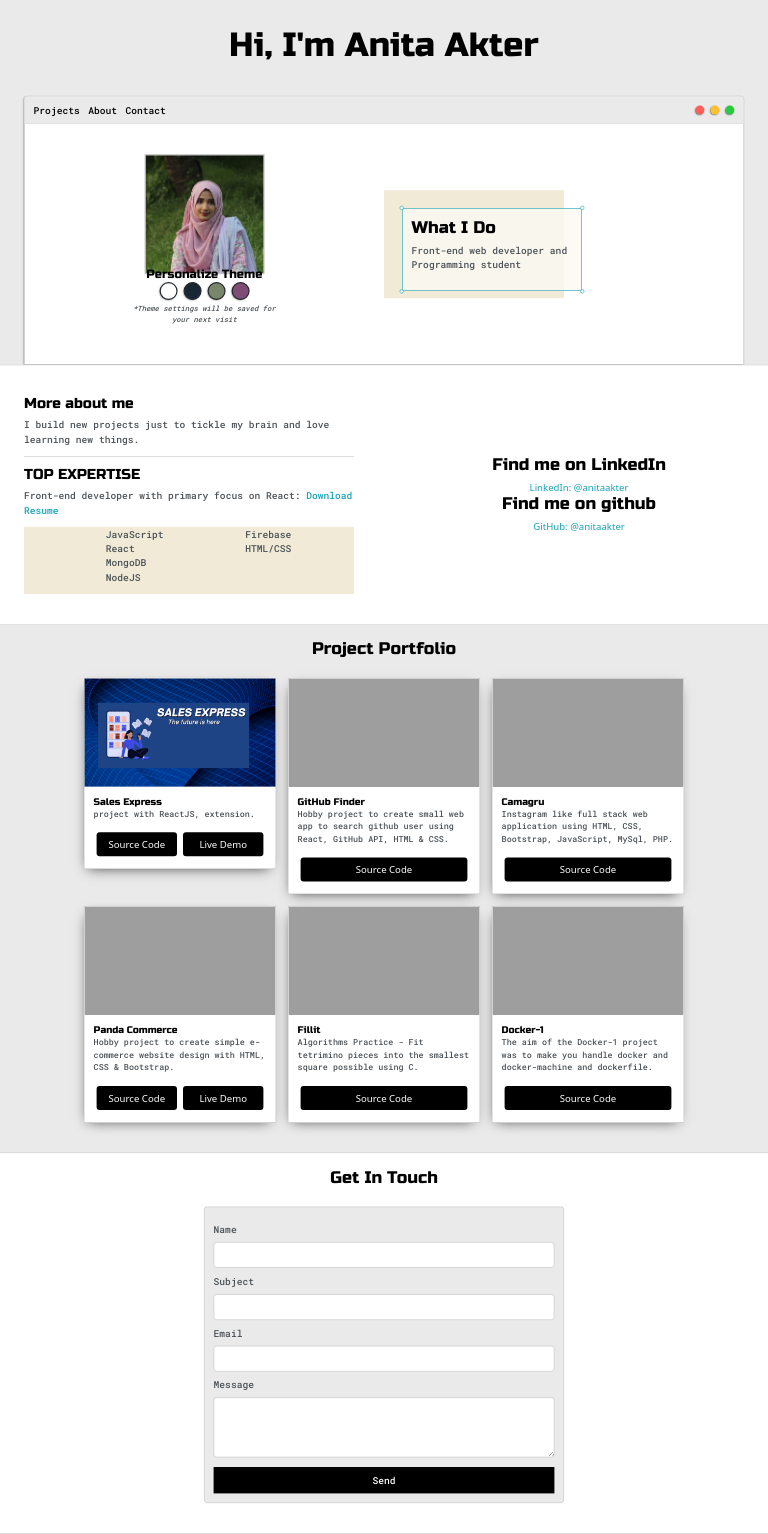
Repository: AnitaAkter/My_portfolio
Page: index.html
These files come from the project's save history. The page is drawn as it stood at one moment and after the next save; the edit follows.
The browser window is 1280 px wide. The pictures show the whole page, at 60% of full size.
Pictures or frames that could not be fetched are drawn as grey boxes.

Above is the page before, as saved 2022-12-10 14:20:25.

### index.html
<!DOCTYPE html>
<html>

<head>
	<title>Anita Akter</title>

	<meta name="viewport" content="width=device-width, initial-scale=1, maximum-scale=1, minimum-scale=1" />

	<link href="https://fonts.googleapis.com/css2?family=Russo+One&display=swap" rel="stylesheet">

	<link href="https://fonts.googleapis.com/css2?family=Roboto+Mono:wght@500&family=Russo+One&display=swap"
		rel="stylesheet">

	<link href="https://cdn.jsdelivr.net/npm/bootstrap@5.0.0-beta1/dist/css/bootstrap.min.css" rel="stylesheet"
		integrity="sha384-giJF6kkoqNQ00vy+HMDP7azOuL0xtbfIcaT9wjKHr8RbDVddVHyTfAAsrekwKmP1" crossorigin="anonymous">

	<link rel="stylesheet" type="text/css" href="default.css">

	<link id="theme-style" rel="stylesheet" type="text/css" href="">
</head>

<body>

	<!-- Landing section -->

	<section class="s1">
		<div class="main-container">
			<div class="greeting-wrapper">
				<h1>Hi, I'm Anita Akter</h1>
			</div>

			<div class="intro-wrapper">
				<div class="nav-wrapper">

					<!-- Link around dots-wrapper added after tutorial video -->
					<ul id="navigation">
						<li><a href="index.html#portfolio">Projects</a></li>
						<li><a href="index.html#aboutme">About</a></li>
						<li><a href="index.html#contact">Contact</a></li>
					</ul>
					<a href="index.html">
						<div class="dots-wrapper">
							<div id="dot-1" class="browser-dot"></div>
							<div id="dot-2" class="browser-dot"></div>
							<div id="dot-3" class="browser-dot"></div>
						</div>
					</a>


				</div>

				<div class="left-column">
					<img id="profile_pic" src="images/img-1.jpg">
					<h5 style="text-align: center;line-height: 0;">Personalize Theme</h5>

					<div id="theme-options-wrapper">
						<div data-mode="light" id="light-mode" class="theme-dot"></div>
						<div data-mode="blue" id="blue-mode" class="theme-dot"></div>
						<div data-mode="green" id="green-mode" class="theme-dot"></div>
						<div data-mode="purple" id="purple-mode" class="theme-dot"></div>
					</div>

					<p id="settings-note">*Theme settings will be saved for<br>your next visit</p>
				</div>

				<div class="right-column">

					<div id="preview-shadow">
						<div id="preview">
							<div id="corner-tl" class="corner"></div>
							<div id="corner-tr" class="corner"></div>
							<h3>What I Do</h3>
							<p>Front-end web developer and Programming student</p>
							<div id="corner-br" class="corner"></div>
							<div id="corner-bl" class="corner"></div>
						</div>
					</div>
				</div>
			</div>
		</div>
	</section>

	<!-- About me section -->

	<section class="s2">
		<div class="main-container" id="aboutme">

			<div class="about-wrapper">
				<div class="about-me">
					<h4>More about me</h4>

					<p>I build new projects just to tickle my brain and love learning new things.</p>


					<hr>

					<h4>TOP EXPERTISE</h4>

					<p>Front-end developer with primary focus on React: <a target="_blank"
							href="Anita Akter-Resume.pdf">Download Resume</a></p>

					<div id="skills">
						<ul>
							<li>JavaScript</li>
							<li>React</li>

							<li>MongoDB</li>
							<li>NodeJS</li>

						</ul>

						<ul>
							<li>Firebase</li>

							<li>HTML/CSS</li>

						</ul>

					</div>

				</div>

				<div class="social-links">
					<h3>Find me on LinkedIn</h3>
					<a target="_blank" href="https://www.linkedin.com/in/anita-02-akter/">LinkedIn: @anitaakter</a>
					<h3>Find me on github</h3>
					<a target="_blank" href="https://github.com/AnitaAkter">GitHub: @anitaakter</a>
				</div>
			</div>

		</div>
	</section>

	<!-- project portfolio section starts Here -->

	<section class="s1">
		<div class="main-container" id="portfolio">
			<br>
			<h3 style="text-align: center;">Project Portfolio</h3>
			<br>
			<div class="post-wrapper">

				<!-- Project: 1 -->

				<div>
					<div class="post">
						<img class="thumbnail" src="images/p-1.gif">
						<div class="post-preview">
							<h6 class="post-title">Sales Express</h6>
							<p class="post-intro"> project with ReactJS,
								extension.</p>
							<div class="btn-group d-flex" role="group">
								<a target="_blank" href="https://github.com/tasmiarahmantanjin/Netflix_Clone"
									class="sourceCode-btn w-100">Source Code</a>
								<a target="_blank" href="https://netflix-clone-12de9.web.app/"
									class="sourceCode-btn w-100">Live Demo</a>
							</div>
						</div>
					</div>
				</div>

				<!-- Project: 2 -->

				<div>
					<div class="post">
						<img class="thumbnail" src="images/github_finder.jpg">
						<div class="post-preview">
							<h6 class="post-title">GitHub Finder</h6>
							<p class="post-intro">Hobby project to create small web app to search github user using
								React, GitHub API, HTML & CSS.
							</p>
							<div class="btn-group d-flex" role="group">
								<a target="_blank" href="https://github.com/tasmiarahmantanjin/github-finder"
									class="sourceCode-btn w-100">Source
									Code</a>
							</div>
						</div>
					</div>
				</div>

				<!-- Project: 3 -->

				<div>
					<div class="post">
						<img class="thumbnail" src="images/camagru.webp">
						<div class="post-preview">
							<h6 class="post-title">Camagru</h6>
							<p class="post-intro">Instagram like full stack web application using HTML, CSS, Bootstrap,
								JavaScript, MySql, PHP.</p>
							<div class="btn-group d-flex" role="group">
								<a target="_blank" href="https://github.com/tasmiarahmantanjin/camagru"
									class="sourceCode-btn w-100">Source
									Code</a>
							</div>
						</div>
					</div>
				</div>

				<!-- Project: 4 -->

				<div>
					<div class="post">
						<img class="thumbnail" src="images/panda.gif">
						<div class="post-preview">
							<h6 class="post-title">Panda Commerce</h6>
							<p class="post-intro">Hobby project to create simple e-commerce website design with HTML,
								CSS & Bootstrap.</p>
							<div class="btn-group d-flex" role="group">
								<a target="_blank" href="https://github.com/tasmiarahmantanjin/panda-commerce"
									class="sourceCode-btn w-100">Source
									Code</a>
								<a target="_blank" href="https://tasmiarahmantanjin.github.io/panda-commerce/"
									class="sourceCode-btn w-100">Live Demo</a>
							</div>
						</div>
					</div>
				</div>

				<!-- Project: 5 -->

				<div>
					<div class="post">
						<img class="thumbnail" src="images/fillit.gif">
						<div class="post-preview">
							<h6 class="post-title">Fillit</h6>
							<p class="post-intro">Algorithms Practice - Fit tetrimino pieces into the smallest square
								possible using C.</p>
							<div class="btn-group d-flex" role="group">
								<a target="_blank" href="https://github.com/tasmiarahmantanjin/fillit"
									class="sourceCode-btn w-100">Source
									Code</a>
							</div>
						</div>
					</div>
				</div>

				<!-- Project detail: 4 -->

				<!-- <div>
					<div class="post">
						<img class="thumbnail" src="images/libft.gif">
						<div class="post-preview">
							<h6 class="post-title">Libft</h6>
							<p class="post-intro">Recoded 60+ standard library function and my own functions which I can use for my later on Hive Helsinki Projects.</p>
							<a target="_blank" href="https://github.com/tasmiarahmantanjin/libft">Source Code</a>
						</div>
					</div>
				</div> -->

				<!-- Project detail: 5 -->

				<!-- <div>
					<div class="post">
						<img class="thumbnail" src="images/roger.gif">
						<div class="post-preview">
							<h6 class="post-title">Roger Skyline 1</h6>
							<p class="post-intro">In Roger-skyline-1, I learned how to host and set up my own web server, how to install and manage several services and secure them against attacks.
							</p>
							<a target="_blank" href="https://github.com/tasmiarahmantanjin/roger_skyline_1">Source Code</a>
						</div>
					</div>
				</div> -->

				<!-- Project detail: 6 -->

				<div>
					<div class="post">
						<img class="thumbnail" src="images/docker.gif">
						<div class="post-preview">
							<h6 class="post-title">Docker-1
							</h6>
							<p class="post-intro">The aim of the Docker-1 project was to make you handle docker and
								docker-machine and dockerfile.
							</p>
							<div class="btn-group d-flex" role="group">
								<a target="_blank" href="https://github.com/tasmiarahmantanjin/docker-1"
									class="btn sourceCode-btn w-100">Source
									Code</a>
							</div>
						</div>
					</div>
				</div>
			</div>
		</div>
	</section>

	<!-- Project details section ends here -->

	<section class="s2">
		<div class="main-container">
			<a href=""></a>
			<br>
			<h3 style="text-align: center;">Get In Touch</h3>
			<br>
			<form id="contact-form">
				<a name="contact"></a>

				<label>Name</label>
				<input class="input-field" type="text" name="name">

				<label>Subject</label>
				<input class="input-field" type="text" name="subject">

				<label>Email</label>
				<input class="input-field" type="text" name="email">

				<label>Message</label>
				<textarea class="input-field" name="message"></textarea>

				<input id="submit-btn" type="submit" value="Send">
			</form>
		</div>
	</section>

	<script type="text/javascript" src="script.js"></script>
</body>

</html>

### default.css
:root{
	--mainColor:#eaeaea;
	--secondaryColor:#fff;

	--borderColor:#c1c1c1;

	--mainText:black;
	--secondaryText:#4b5156;

	--themeDotBorder:#24292e;

	--previewBg:rgb(251, 249, 243, 0.8);
	--previewShadow:#f0ead6;


	--buttonColor:black;


}


html, body{
	padding: 0;
	margin: 0;
	scroll-behavior: smooth;
}

body *{
	transition: 0.3s;
}


h1, h2, h3, h4, h5, h6, strong{
	color: var(--mainText);
	font-family: 'Russo One', sans-serif;
	font-weight: 500;
}

p, li, span, label, input, textarea{
	color: var(--secondaryText);
	font-family: 'Roboto Mono', monospace;
}

a{
	text-decoration: none;
	color:#17a2b8;
}

ul{
	list-style: none;
}

h1 { font-size: 56px;}
h2 { font-size: 36px;}
h3 { font-size: 28px;}
h4 { font-size: 24px;}
h5 { font-size: 20px;}
h6 { font-size: 16px;}


.s1{
	background-color: var(--mainColor);
	border-bottom:1px solid var(--borderColor);
	overflow:auto;
}

.s2{
	background-color: var(--secondaryColor);
	border-bottom:1px solid var(--borderColor);
	overflow:auto;
}




.main-container{
	width: 1200px;
	margin: 0 auto;
}


.greeting-wrapper{
	display: grid;
	text-align: center;
	align-content: center;
	min-height: 10em;

}

.intro-wrapper{
	background-color: var(--secondaryColor);
	border:1px solid var(--borderColor);
	border-radius:5px 5px 0 0;


	-webkit-box-shadow: -1px 1px 3px -1px rgba(0,0,0,0.75);
	-moz-box-shadow: -1px 1px 3px -1px rgba(0,0,0,0.75);
	box-shadow: -1px 1px 3px -1px rgba(0,0,0,0.75);

	display: grid;
	grid-template-columns: 1fr 1fr;
	grid-template-areas:
		'nav-wrapper nav-wrapper'
		'left-column right-column'
	;
}


.nav-wrapper{
	border-radius:5px 5px 0 0;
	grid-area:nav-wrapper;
	border-bottom: 1px solid var(--borderColor);
	display: flex;
	justify-content: space-between;
	align-items: center;
	background-color: var(--mainColor);
}

#navigation a{
	color:var(--mainText);
}


#navigation{
	margin:0;
	padding: 10px;
}

#navigation li{
	display: inline-block;
	margin-right: 5px;
	margin-left:5px;
}

.dots-wrapper{
	display: flex;
	padding: 10px;
}

#dot-1{
	background-color:  #FC6058;
}

#dot-2{
	background-color:  #FEC02F;
}

#dot-3{
	background-color:  #2ACA3E;
}

.browser-dot{
	background-color: black;
	height: 15px;
	width: 15px;
	border-radius: 50%;
	margin: 5px;

	-webkit-box-shadow: -1px 1px 3px -1px rgba(0,0,0,0.75);
	-moz-box-shadow: -1px 1px 3px -1px rgba(0,0,0,0.75);
	box-shadow: -1px 1px 3px -1px rgba(0,0,0,0.75);

}


.left-column{
	grid-area: left-column;
	padding-top:50px;
	padding-bottom: 50px;
}

#profile_pic{
	display: block;
	margin:0 auto;

	height: 200px;
	width: 200px;
	object-fit: cover;
	border:2px solid var(--borderColor);
}


#theme-options-wrapper{
	display: flex;
	justify-content: center;
}

.theme-dot{
	height: 30px;
	width: 30px;
	background-color: black;
	border-radius: 50%;

	margin: 5px;
	border:2px solid var(--themeDotBorder);

	-webkit-box-shadow: -1px 1px 3px -1px rgba(0,0,0,0.75);
	-moz-box-shadow: -1px 1px 3px -1px rgba(0,0,0,0.75);
	box-shadow: -1px 1px 3px -1px rgba(0,0,0,0.75);

	cursor: pointer;
}


.theme-dot:hover{
	border-width: 5px;
}


#light-mode{
	background-color: #fff;
}

#blue-mode{
	background-color: #192734;
}

#green-mode{
	background-color: #78866b;
}

#purple-mode{
	background-color: #7E4C74;
}

#settings-note{
	font-size: 12px;
	font-style: italic;
	text-align: center;
}

.right-column{
	grid-area: right-column;
	display: grid;
	align-content: center;

	padding-top: 50px;
	padding-bottom: 50px;
}


#preview-shadow{
	background-color: var(--previewShadow);
	max-width: 300px;
	height: 180px;
	padding-left: 30px;
	padding-top: 30px;
}

#preview{
	width: 300px;
	border:1.5px solid #17a2b8;
	background-color: var(--previewBg);
	padding:15px;
	position: relative;
}

.corner{
	width:7px;
	height: 7px;
	border-radius: 50%;
	border:1.5px solid #17a2b8;
	background-color: #fff;
	position: absolute;
}

#corner-tl{
	top:-5px;
	left: -5px
}

#corner-tr{
	top:-5px;
	right: -5px
}


#corner-br{
	bottom:-5px;
	right: -5px
}


#corner-bl{
	bottom:-5px;
	left: -5px
}

.about-wrapper{
	display: grid;
	grid-template-columns: repeat(auto-fit, minmax(320px, 1fr));
	padding-bottom: 50px;
	padding-top: 50px;
	gap:100px;
}


#skills{
	display: flex;
	justify-content: space-evenly;
	background-color: var(--previewShadow);
}

.social-links{
	display: grid;
	align-content: center;
	text-align: center;
}

#social_img{
	width: 100%;
}


.post-wrapper{
	display: grid;
	grid-template-columns: repeat(auto-fit, 320px);
	gap:20px;
	justify-content: center;
	padding-bottom: 50px;
}

.post{
	border:1px solid var(--borderColor);
	-webkit-box-shadow: -2px 7px 21px -9px rgba(0,0,0,0.75);
	-moz-box-shadow: -2px 7px 21px -9px rgba(0,0,0,0.75);
	box-shadow: -2px 7px 21px -9px rgba(0,0,0,0.75);
}

.thumbnail{
	display: block;
	width: 100%;
	height:180px;
	object-fit: cover;
}

.post-preview{
	background-color: #fff;
	padding:15px;
}

.post-title{
	color:black;
	margin: 0;
}

.post-intro{
	color:#4b5156;
	font-size: 14px;
}


#contact-form{
	display: block;
	max-width: 600px;
	margin: 0 auto;
	border: 1px solid var(--borderColor);
	padding: 15px;
	border-radius: 5px;
	background-color: var(--mainColor);
	margin-bottom: 50px;

}

#contact-form label{
	line-height: 2.7em;
}

#contact-form textarea{
	min-height: 100px;
	font-size: 14px;
}


.input-field{
	width: 100%;
	padding-top: 10px;
	padding-bottom:10px;
	background-color: var(--secondaryColor);
	border-radius: 5px;
	border:1px solid var(--borderColor);
	font-size: 14px;
}


#submit-btn{
	margin-top: 10px;
	width: 100%;
	padding-top: 10px;
	padding-bottom:10px;
	color: #fff;
	background-color: var(--buttonColor);
	border:none;
}


@media screen and (max-width: 1200px){
	.main-container{
		width: 95%;
	}
}

@media screen and (max-width: 800px){
	.intro-wrapper{
		grid-template-columns: 1fr;
		grid-template-areas:
			'nav-wrapper'
			'left-column'
			'right-column'
		;
	}

	.right-column{
		justify-content: center;
	}

}

@media screen and (max-width: 400px){
	#preview-shadow{
		max-width: 280px;
		height: 180px;
		padding-left: 10px;
		padding-top: 10px;
	}

	#preview{
		width: 280px;

	}

}

.sourceCode-btn{
	width: 100%;
	padding-top: 8px;
	padding-bottom:8px;
	color: #fff;
	background-color: var(--buttonColor);
	border:none;
	text-align: center;
	border-radius: 5px;
	margin: 5px;
}

### script.js
console.log('Its working')

let theme = localStorage.getItem('theme')

if(theme == null){
	setTheme('light')
}else{
	setTheme(theme)
}

let themeDots = document.getElementsByClassName('theme-dot')


for (var i=0; themeDots.length > i; i++){
	themeDots[i].addEventListener('click', function(){
		let mode = this.dataset.mode
		console.log('Option clicked:', mode)
		setTheme(mode)
	})
}

function setTheme(mode){
	if(mode == 'light'){
		document.getElementById('theme-style').href = 'default.css'
	}

	if(mode == 'blue'){
		document.getElementById('theme-style').href = 'blue.css'
	}

	if(mode == 'green'){
		document.getElementById('theme-style').href = 'green.css'
	}

	if(mode == 'purple'){
		document.getElementById('theme-style').href = 'purple.css'
	}

	localStorage.setItem('theme', mode)
}

After the next save:
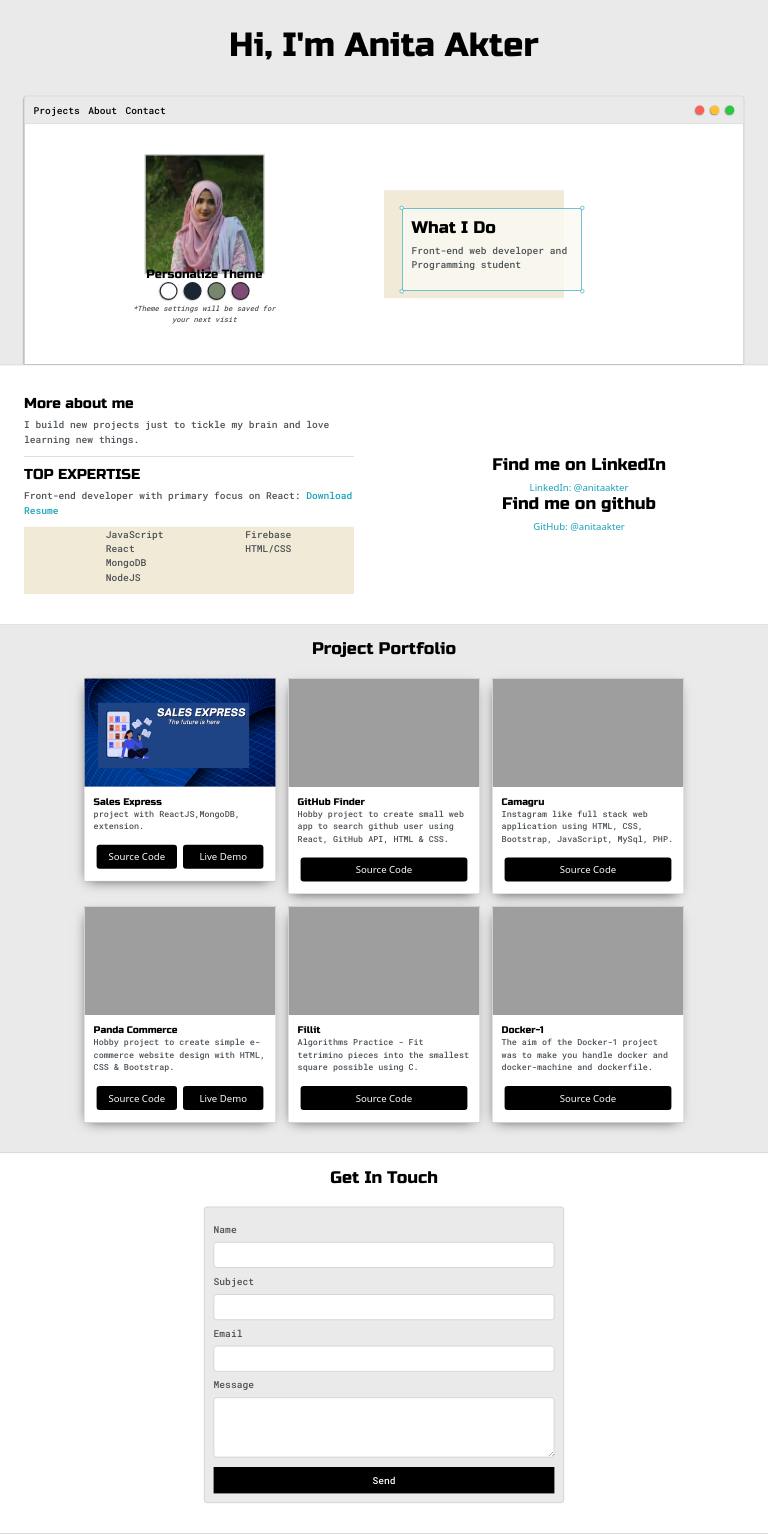
Saved 31 s later.
--- a/index.html
+++ b/index.html
@@ -147,7 +147,7 @@
 						<img class="thumbnail" src="images/p-1.gif">
 						<div class="post-preview">
 							<h6 class="post-title">Sales Express</h6>
-							<p class="post-intro"> project with ReactJS,
+							<p class="post-intro"> project with ReactJS,MongoDB,
 								extension.</p>
 							<div class="btn-group d-flex" role="group">
 								<a target="_blank" href="https://github.com/tasmiarahmantanjin/Netflix_Clone"
